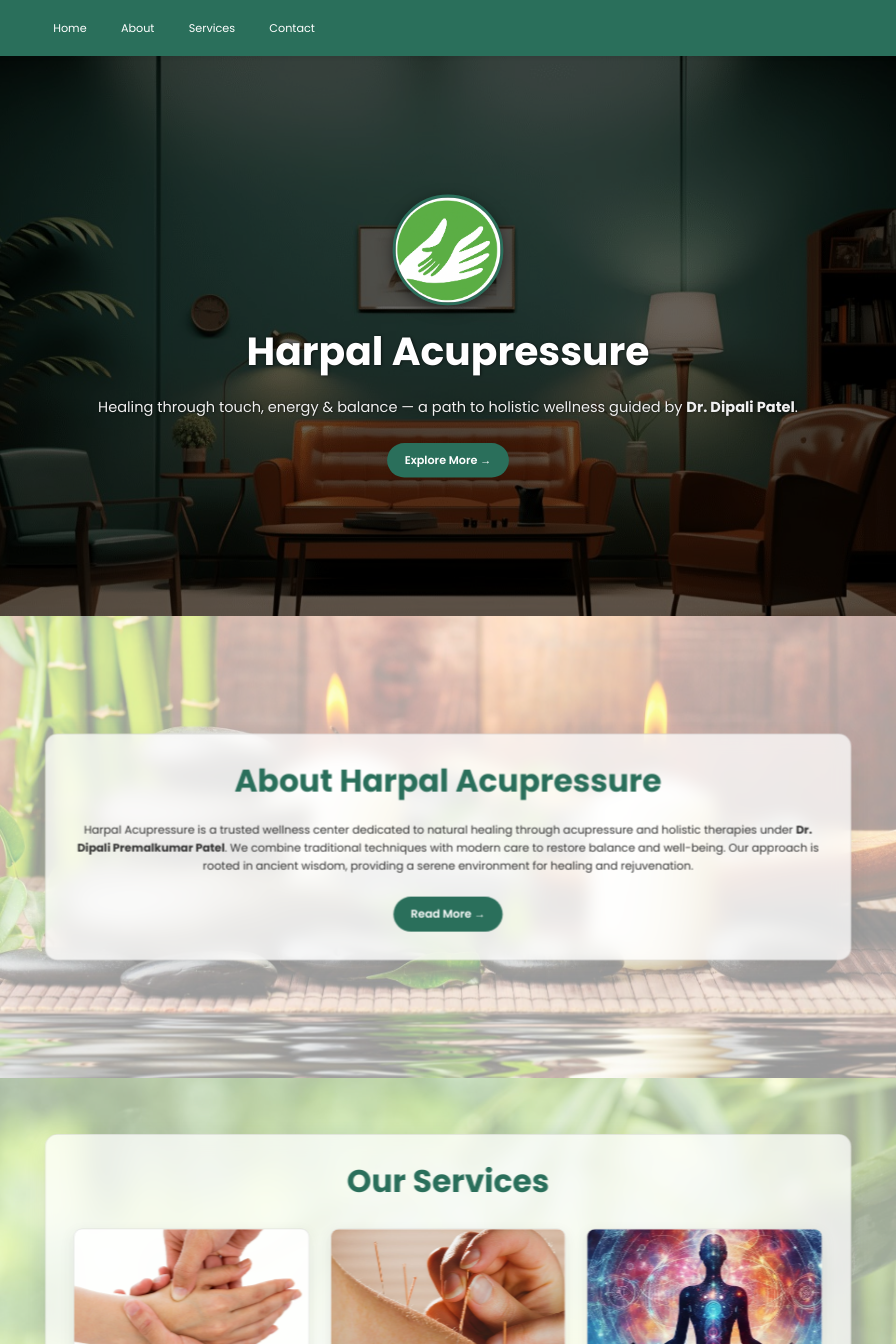
Repository: swasthiik/my-websites
Page: index.html
An editor plug-in stored every save of this project. The page is shown before and after the next save, followed by the edit.
The browser window is 1280 px wide. The pictures show the part of the page from y = 0 to 1920 px (the page is 4500 px tall), at 70% of full size.
Backgrounds fixed to the window are drawn as part of the page.

Above is the page before, as saved 2025-11-01 09:56:07.

After the next save:
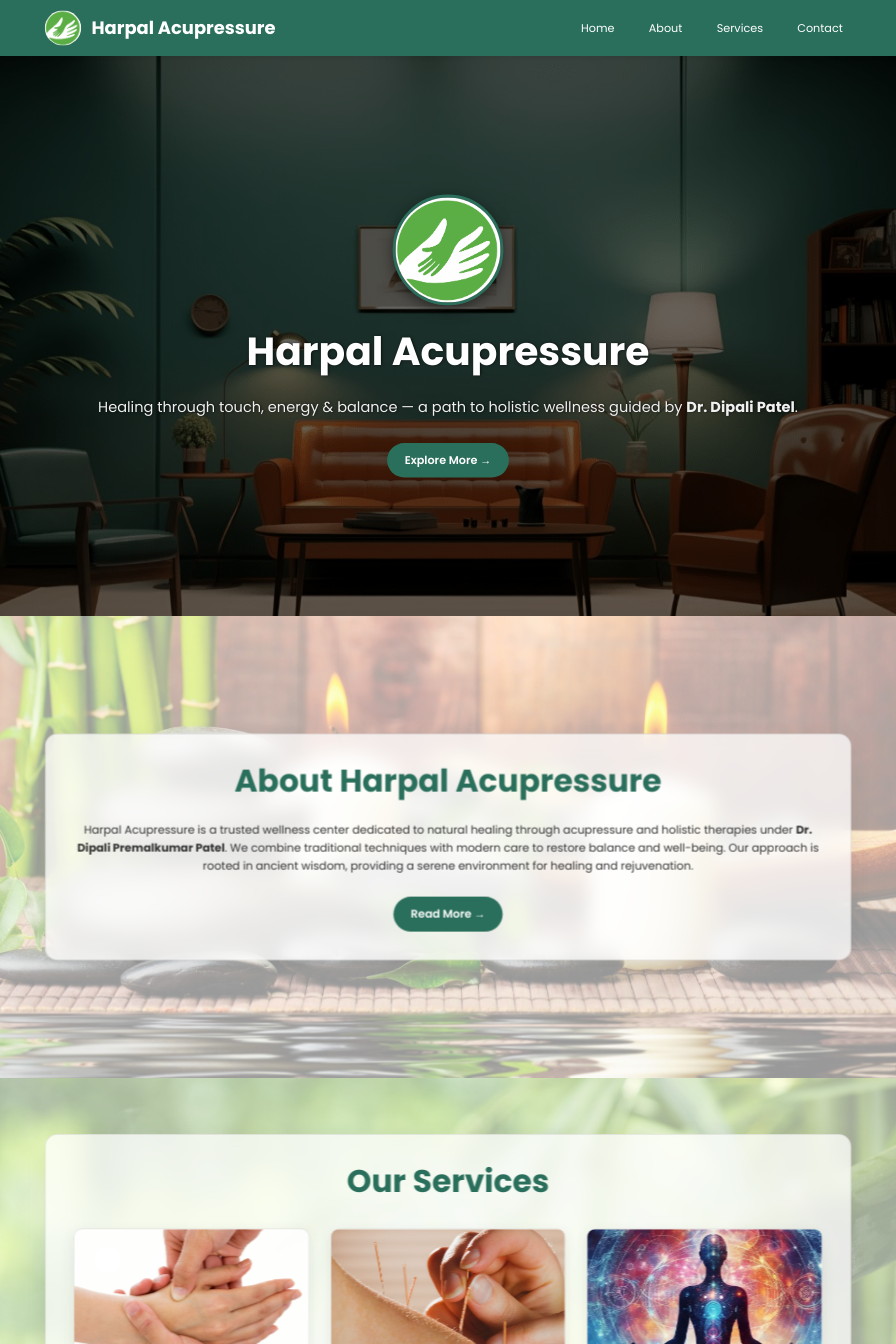
Saved 31 s later.
--- a/index.html
+++ b/index.html
@@ -17,14 +17,17 @@
 </head>
 
 <body>
-  <!-- HEADER -->
+  <!-- ============================ -->
+  <!-- ==== UPDATED HEADER ==== -->
+  <!-- ============================ -->
   <header>
-    <button class="mobile-menu-button" id="menu-button" aria-label="Open Menu" aria-expanded="false">
-        <span class="dot" aria-hidden="true"></span>
-        <span class="dot" aria-hidden="true"></span>
-        <span class="dot" aria-hidden="true"></span>
-    </button>
-
+    <!-- LEFT SIDE OF THE HEADER -->
+    <div class="header-left">
+        <img src="images/logo.jpg" alt="Harpal Acupressure Logo" class="header-logo">
+        <a href="#hero" class="brand-name">Harpal Acupressure</a>
+    </div>
+
+    <!-- RIGHT SIDE OF THE HEADER (NAVIGATION) -->
     <nav class="nav-menu" id="nav-menu" aria-label="Main navigation">
       <ul>
         <li><a href="#hero">Home</a></li>
@@ -33,6 +36,13 @@
         <li><a href="contact.html">Contact</a></li>
       </ul>
     </nav>
+
+    <!-- MOBILE MENU BUTTON (for small screens) -->
+    <button class="mobile-menu-button" id="menu-button" aria-label="Open Menu" aria-expanded="false">
+        <span class="dot" aria-hidden="true"></span>
+        <span class="dot" aria-hidden="true"></span>
+        <span class="dot" aria-hidden="true"></span>
+    </button>
   </header>
 
   <!-- HERO -->
